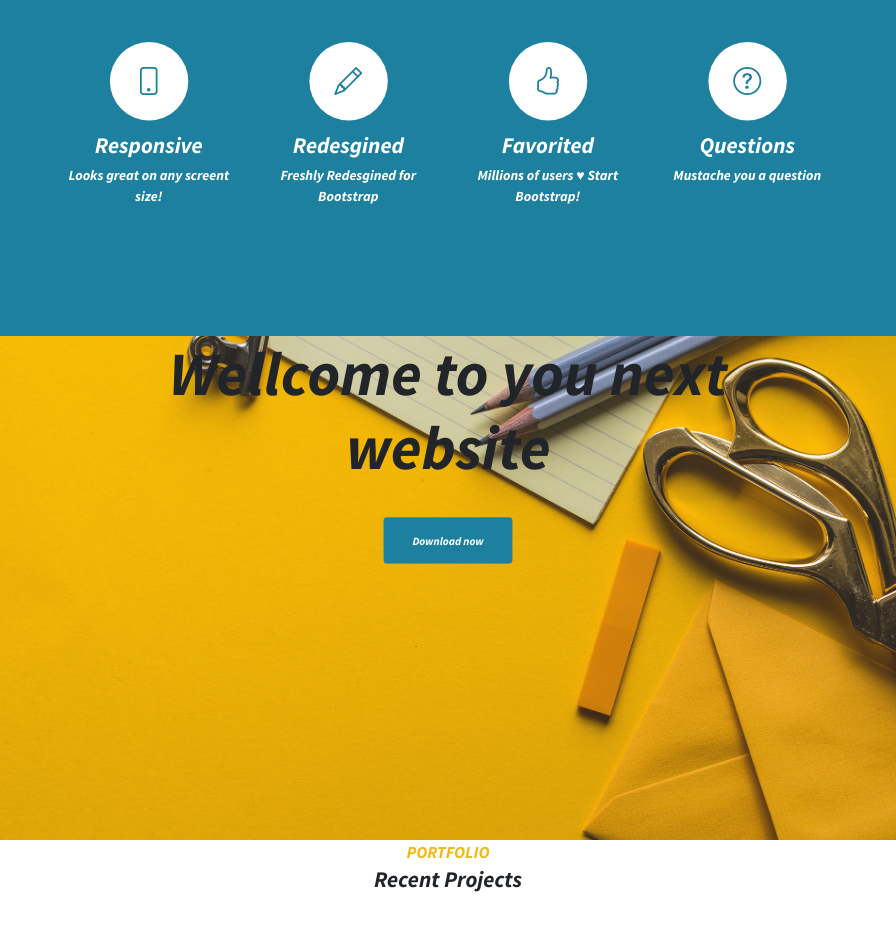
Repository: hoangpino/VE_FE_FrameWork_005
Page: lab06/index.html
The author's editor kept a copy of each file at every save. The page is drawn from the files as they stood at one save, then again after the next save.
The browser window is 1280 px wide. The pictures show the part of the page from y = 1680 to 3600 px (the page is 3003 px tall before and 3600 px after), at 70% of full size.
Backgrounds fixed to the window are drawn as part of the page.

Above is the page before, as saved 2021-10-05 18:49:25.

After the next save:
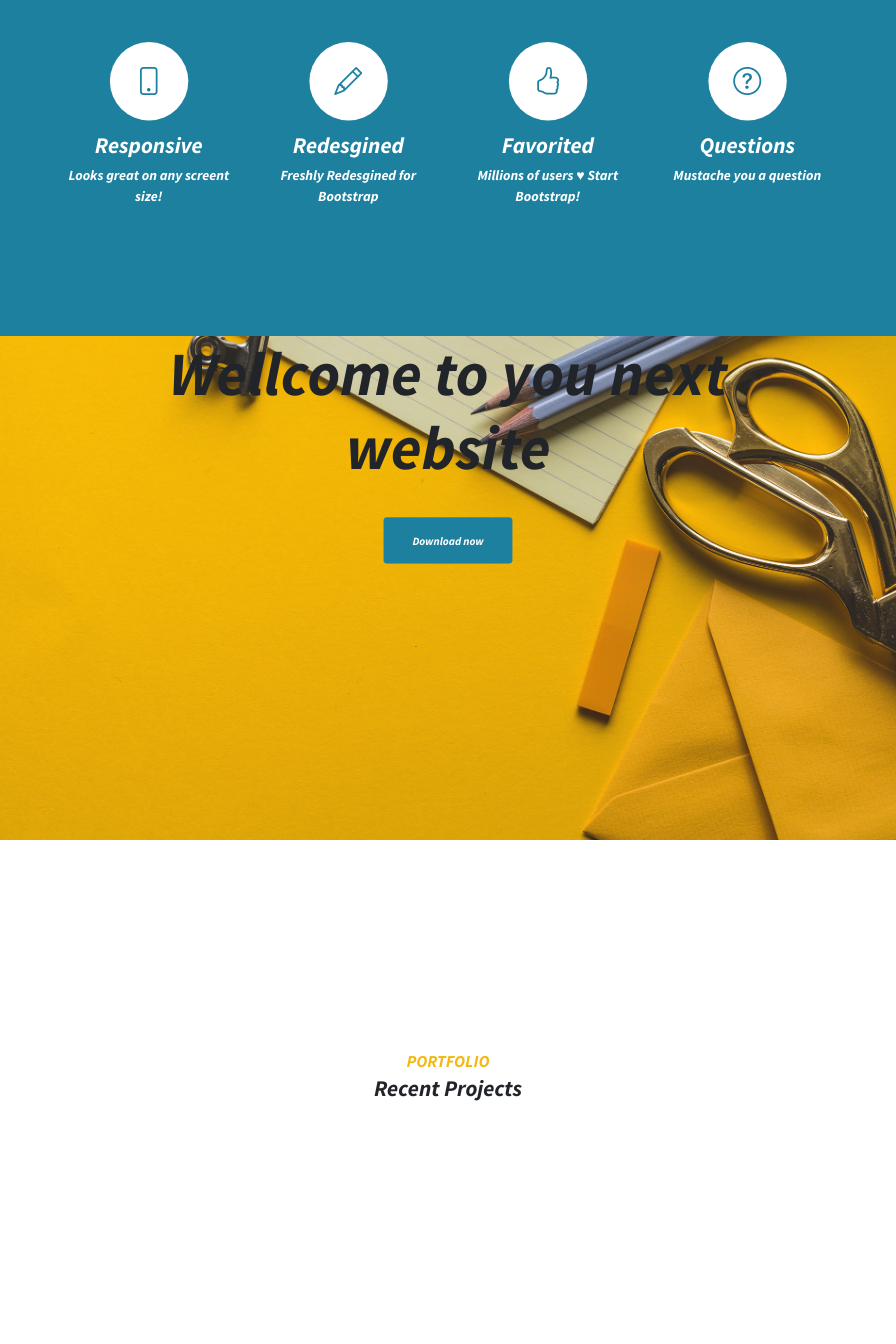
Saved 46 s later.
--- a/lab06/css/style.css
+++ b/lab06/css/style.css
@@ -146,3 +146,8 @@
     background-size: cover;
     background-attachment: fixed;
 }
+
+#portfolio {
+    min-height: 100vh;
+    padding: 100px 0;
+}
